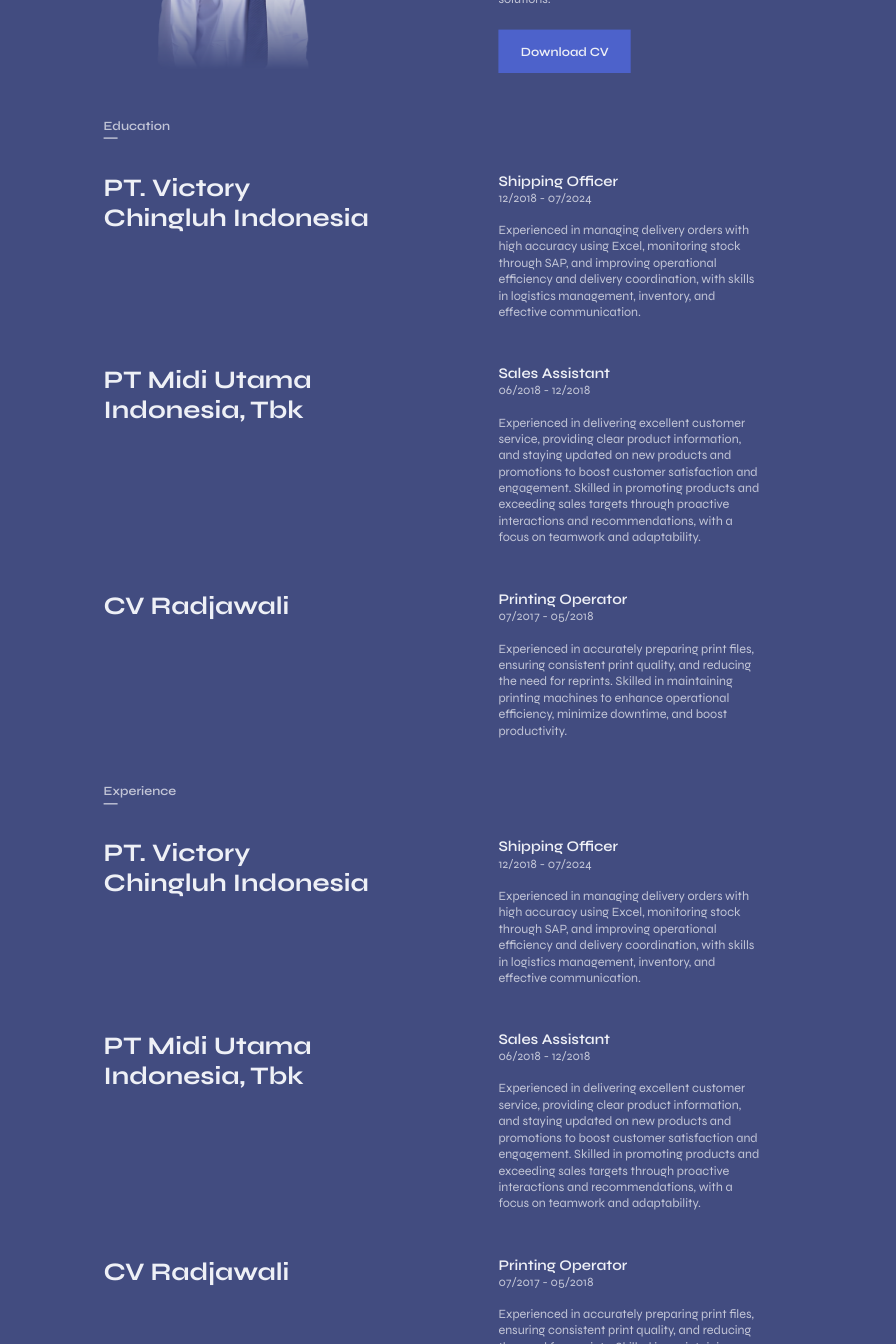
Repository: Ademaulana100499/amgrowth
Page: /
An editor plug-in stored every save of this project. The page is shown before and after the next save, followed by the edit.
The browser window is 1280 px wide. The pictures show the part of the page from y = 3196 to 5116 px (the page is 7287 px tall before and 7129 px after), at 70% of full size.
Some web fonts or font styles are not loaded; a fallback is used. The project was rebuilt for these pictures with package versions that can differ from the ones it lists, and the page was loaded fresh each time. Also part of the build but not shown: vite.config.js.

Above is the page before, as saved 2025-02-19 14:57:22.

### index.html
<!doctype html>
<html lang="en">
  <head>
    <meta charset="UTF-8" />
    <meta name="viewport" content="width=device-width, initial-scale=1.0" />
    <title>AMgrowth</title>
    <link rel="shortcut icon" href="/assets/img/Favicon.png" />
    <link
      href="https://cdn.jsdelivr.net/npm/remixicon/fonts/remixicon.css"
      rel="stylesheet"
    />

    <link
      rel="stylesheet"
      href="https://fonts.googleapis.com/css2?family=Kite+One&family=Oooh+Baby&family=Orelega+One&family=Poppins:ital,wght@0,100;0,200;0,300;0,400;0,500;0,600;0,700;0,800;0,900;1,100;1,200;1,300;1,400;1,500;1,600;1,700;1,800;1,900&family=Syne:wght@400..800&display=swap"
    />
  </head>
    <div id="root"></div>
    <script type="module" src="/src/main.jsx"></script>
    <script src="https://cdn.jsdelivr.net/npm/@emailjs/browser@4/dist/email.min.js"></script>
    <script src="https://unpkg.com/scrollreveal"></script>
  </body>
</html>

### src/components/Home/index.jsx
import "./style.css";
export const Home = (props) => {
  const { imageHome, biodata } = props;
  return (
    <section className="home section" id="home">
      <div className="container grid home__container">
        <img
          id="image_home"
          src={imageHome}
          alt="image"
          className="home__img"
        />
        <div className="home__data">
          <h1 className="home__name">
            {biodata.firstName} <br /> {biodata.lastName}
          </h1>
          <h3 className="home__profession">{biodata.profession}</h3>
        </div>
        <a href="#projects" className="home__scroll">
          <div className="home__scroll-box">
            <i className="ri-arrow-down-line"></i>
          </div>
          <span className="home__scroll-text">Recent Project</span>
        </a>
      </div>
    </section>
  );
};

### src/components/Projects/index.jsx
import "./style.css";
export const Projects = (props) => {
  const { projects } = props;
  return (
    <section className="projects section" id="projects">
      <h2 className="section__title">RECENT PROJECT</h2>
      <div className="grid container projects__container">
        {projects.map((item) => (
          <article className="project__card" key={item.id}>
            <a
              href={item.link}
              target="_blank"
              className="project__overlay"
            ></a>
            <a href={item.link} target="_blank" className="project__link">
              <h2 className="project__title">{item.title}</h2>
              <p className="project__description">{item.description}</p>
              <img src={item.image} alt="image" className="project__img" />
              <i className="ri-arrow-right-line"> </i>
            </a>
          </article>
        ))}
      </div>
    </section>
  );
};

### src/components/Info/index.jsx
import "./style.css";
export const Info = (props) => {
  const { imageInfo, biodata, experience, skills } = props;
  return (
    <section className="info section" id="my info">
      <h2 className="section__title">MY INFO</h2>
      <div className="container grid info__container">
        <div className="grid about">
          <div className="about__content">
            <h3 className="info__title">About Me</h3>
            <p className="about__description">{biodata.description}</p>
            <a
              href={biodata.cv}
              target="_blank"
              className="button about__button">
              Download CV
            </a>
          </div>

          <img
            id="image_about"
            src={imageInfo}
            alt="image"
            className="about__img"
          />
        </div>
        <div className="experience">
          <h3 className="info__title">Education</h3>
          <div className="grid experience__content">
            {experience.map((item, index) => (
              <div key={index} className="grid experience__data">
                <h2 className="experience__company">{item.company}</h2>
                <div>
                  <h3 className="experience__professsion">{item.profession}</h3>
                  <span className="experience__date">{item.date}</span>
                  <p className="experience__description">{item.description}</p>
                </div>
              </div>
            ))}
          </div>
        </div>
        <div className="experience">
          <h3 className="info__title">Experience</h3>
          <div className="grid experience__content">
            {experience.map((item, index) => (
              <div key={index} className="grid experience__data">
                <h2 className="experience__company">{item.company}</h2>
                <div>
                  <h3 className="experience__professsion">{item.profession}</h3>
                  <span className="experience__date">{item.date}</span>
                  <p className="experience__description">{item.description}</p>
                </div>
              </div>
            ))}
          </div>
        </div>
        <div className="skills">
          <h3 className="info__title">Skills</h3>
          <div className="grid skills__content">
            {skills.map((item, index) => (
              <div key={index} className="skills__box">
                <img src={item.image} alt="image" className="skills__img" />
                <span className="skills__name">{item.skill}</span>
              </div>
            ))}
          </div>
        </div>
      </div>
    </section>
  );
};

### src/components/Services/index.jsx
import "./style.css";
export const Services = (props) => {
  const { services } = props;
  return (
    <section className="services section" id="services">
      <h2 className="section__title">SERVICES</h2>
      <div className="container grid services__container">
        {services.map((item) => (
          <article className="services__card" key={item.id}>
            <i className={`services__icon ${item.icon}`}></i>
            <h3 className="services__title">{item.title}</h3>
            <p className="services__description">{item.description}</p>
          </article>
        ))}
      </div>
    </section>
  );
};

### src/components/Contact/index.jsx
import "./style.css";
import React, { useState } from "react";

export const Contact = (props) => {
  const { socialMedia } = props;
  const [messageStatus, setMessageStatus] = useState("");

  const sendEmail = (e) => {
    e.preventDefault();

    window.emailjs
      .sendForm(
        "service_sdhvkru",
        "template_eizoi7m",
        "#contact-form",
        "x-9QR59Q68dJyMtjv"
      )
      .then(
        () => {
          setMessageStatus("Message sent successfully ✅");
          setTimeout(() => {
            setMessageStatus("");
          }, 5000);
          e.target.reset();
        },
        () => {
          setMessageStatus("Message not sent (services error) ❌");
        }
      );
  };
  return (
    <section className="contact section " id="contact me">
      <h2 className="section__title">CONTACT ME</h2>
      <div className="container grid contact__container">
        <form
          action=""
          className="grid contact__form"
          id="contact-form"
          onSubmit={sendEmail}
        >
          <div className="grid contact__group">
            <input
              type="text"
              name="user_name"
              placeholder="Names"
              className="contact__input"
            />
            <input
              type="email"
              name="user_email"
              placeholder="Email"
              className="contact__input"
            />
          </div>
          <textarea
            name="user_message"
            placeholder="Message"
            required
            className="contact__input contact__area"
            id=""
          ></textarea>
          <button className="button contact__button">Send Message</button>
          <p className="contact__message">{messageStatus}</p>
        </form>

        <div className="grid contact__social">
          {socialMedia.map((item) => (
            <a
              href={item.link}
              target="_blank"
              className="contact__social-link"
              key={item.id}
            >
              <i className={item.icon}></i>
              <span>{item.name}</span>
            </a>
          ))}
        </div>
      </div>
    </section>
  );
};

### src/components/Footer/index.jsx
import "./style.css";
export const Footer = (props) => {
  const { navList, footerCopy } = props;
  return (
    <footer className="footer" id="footer">
      <div className="container grid footer__container">
        <ul className="footer__links">
          <li>
            <a href="#home" className="footer__link">
              {navList[0]}
            </a>
          </li>
          <li>
            <a href="#projects" className="footer__link">
              {navList[1]}
            </a>
          </li>
          <li>
            <a href="#my info" className="footer__link">
              {navList[2]}
            </a>
          </li>
        </ul>
        <span className="footer__copy">{footerCopy}</span>
      </div>
    </footer>
  );
};

### src/components/Scroll/index.jsx
import React, { useEffect } from "react";
import "./style.css";

export const Scroll = () => {
  useEffect(() => {
    const scrollUp = () => {
      const scrollUp = document.getElementById("scroll-up");
      if (window.scrollY >= 350) {
        scrollUp.classList.add("show-scroll");
      } else {
        scrollUp.classList.remove("show-scroll");
      }
    };
    window.addEventListener("scroll", scrollUp);
    return () => {
      window.removeEventListener("scroll", scrollUp);
    };
  }, []);

  return (
    <a href="#" className="scrollup" id="scroll-up">
      <i className="ri-arrow-up-line"></i>
    </a>
  );
};

### src/components/Reveal/index.jsx
import React, { useEffect } from "react";

export const Reveal = () => {
  useEffect(() => {
    const sr = ScrollReveal({
      origin: "top",
      distance: "60px",
      duration: 2500,
      delay: 400,
    });

    sr.reveal(".home__data, .experience, .skills, .contact__container");
    sr.reveal(".home__img", { delay: 500 });
    sr.reveal(".home__scroll", { delay: 700 });
    sr.reveal(".project__card, .services__card", { interval: 100 });
    sr.reveal(".about__content", { origin: "right" });
    sr.reveal(".about__img", { origin: "left" });

    return () => {
      sr.destroy();
    };
  }, []);
  return <div></div>;
};

### src/components/Theme/index.jsx
import React, { useState, useEffect } from "react";
import "./style.css";

const Theme = ({ logo, setLogoSrc }) => {
  const [isLightMode, setIsLightMode] = useState(false);

  useEffect(() => {
    const savedTheme = localStorage.getItem("lightmode");
    if (savedTheme === "active") {
      setIsLightMode(true);
    } else {
      setIsLightMode(false);
    }
  }, []);

  useEffect(() => {
    if (isLightMode) {
      document.body.classList.add("lightmode");
      localStorage.setItem("lightmode", "active");
      setLogoSrc(logo.imageBlack);
    } else {
      document.body.classList.remove("lightmode");
      localStorage.setItem("lightmode", null);
      setLogoSrc(logo.imageWhite);
    }
  }, [isLightMode, logo.imageBlack, logo.imageWhite, setLogoSrc]);

  const toggleTheme = () => {
    setIsLightMode((prevMode) => !prevMode);
  };

  return (
    <button
      id="theme-switch"
      className="theme-switch"
      onClick={toggleTheme}
      style={{ cursor: "pointer" }}
    >
      {isLightMode ? (
        <i className="ri-moon-line"></i>
      ) : (
        <i className="ri-sun-line"></i>
      )}
    </button>
  );
};

export default Theme;

### src/components/Home/style.css
/* HOME */
.home__container {
  row-gap: 2rem;
  padding-top: 1rem;
}

.home__img {
  width: 350px;
  justify-self: center;
  mask-image: linear-gradient(
    to bottom,
    hsla(var(--hue), 40%, 16%) 60%,
    transparent 100%
  );
}
.home__name {
  font-size: var(--biggest-font-size);
  font-weight: var(--font-bold);
  word-break: break-word;
  margin-bottom: 1rem;
}
.home__profession {
  position: relative;
  font-size: var(--big-font-size);
  color: var(--text-color);
}
.home__profession::after {
  content: "";
  position: absolute;
  left: 0;
  bottom: -0.5rem;
  width: 25%;
  height: 3px;
  background-color: var(--text-color);
}
.home__scroll {
  color: var(--title-color);
  display: inline-flex;
  align-items: center;
  column-gap: 0.5rem;
  justify-self: center;
  margin-top: 3rem;
}
.home__scroll-box {
  background-color: var(--first-color);
  width: 32px;
  height: 32px;
  display: grid;
  place-items: center;
  font-size: 1.5rem;
  overflow: hidden;
}

.home__scroll-text {
  font-weight: var(--font-semi-bold);
}
.home__scroll-box i {
  animation: scroll-down 3s infinite;
}
/* animation scroll icon */
@keyframes scroll-down {
  0% {
    transform: translateY(-1rem);
    opacity: 0;
  }
  50% {
    transform: translateY(0);
    opacity: 1;
  }
  100% {
    transform: translateY(0.6rem);
    opacity: 0;
  }
}

/* BREAKPOINTS */

/* For small devices */
@media screen and (max-width: 300px) {
  .container {
    margin-inline: 1rem;
  }
  .skills__content {
    grid-template-columns: repeat(2, max-content);
  }
}

/* For medium devices */
@media screen and (min-width: 540px) {
  .home__container {
    grid-template-columns: 350px;
    justify-content: center;
  }
}

@media screen and (min-width: 768px) {
  .home__container {
    grid-template-columns: repeat(2, 350px);
  }
  .home__data {
    align-self: flex-end;
    padding-bottom: 3rem;
    order: -1;
  }
  .home__scroll {
    grid-column: 1/3;
  }
}

/* for large devices */
@media screen and (min-width: 1150px) {
  .container {
    margin-inline: auto;
  }
  .section {
    padding-block: 7rem 5rem;
  }
  .home__container {
    grid-template-columns: 470px 350px;
    gap: 3rem 16rem;
  }
  .home__img {
    width: 350px;
  }
  .home__name {
    margin-bottom: 1.5rem;
  }
  .home__profession::after {
    bottom: -1rem;
    width: 35%;
  }
}

### src/components/Projects/style.css
/* Projects */
.projects {
  background-color: var(--container-color);
}
.project__card {
  background-color: var(--first-color);
}
.project__img {
  width: 100%;
}
.project__link {
  display: block;
  position: relative;
  background-color: var(--body-color);
  padding: 2rem 1.5rem 1.5rem 1.5rem;
  color: var(--text-color);
  transition: transform 0.4s;
}
.project__title {
  font-size: var(--h3-font-size);
  margin-bottom: 0.75rem;
}

.project__description {
  margin-bottom: 1.5rem;
}
.project__link i {
  position: absolute;
  top: 1.8rem;
  right: 1.5rem;
  font-size: 1.5rem;
  color: var(--first-color-light);
  transition: transform 0.4s;
}
.project__link:hover {
  transform: translateY(-0.35rem);
}

.project__link:hover i {
  transform: translateX(0.5rem);
}

/* BREAKPOINTS */

/* For medium devices */
@media screen and (min-width: 540px) {
  .projects__container {
    grid-template-columns: 350px;
    justify-content: center;
  }
}

@media screen and (min-width: 768px) {
  .projects__container {
    grid-template-columns: repeat(2, 390px);
  }
}

/* for large devices */
@media screen and (min-width: 1150px) {
  .section__title {
    margin-bottom: 4rem;
  }
  .projects__container {
    grid-template-columns: repeat(2, 540px);
    gap: 2.5rem;
  }
  .project__link {
    padding: 3rem 3rem 2rem;
  }
  .project__title {
    font-size: var(--h2-font-size);
    margin-bottom: 1rem;
  }
  .project__link i {
    font-size: 2rem;
  }
}

### src/components/Services/style.css
/* SERVICES */
.services {
  background-color: var(--container-color);
}
.services__container {
  row-gap: 2rem;
}

.services__icon {
  display: block;
  color: var(--first-color-light);
  font-size: 2rem;
  margin-bottom: 1dvb;
}

.services__title {
  font-size: var(--h3-font-size);
  margin-bottom: 0.75rem;
}

/* BREAKPOINTS */

/* For small devices */
@media screen and (max-width: 300px) {
  .container {
    margin-inline: 1rem;
  }
}

/* For medium devices */
@media screen and (min-width: 540px) {
  .services__container {
    grid-template-columns: 350px;
    justify-content: center;
  }
}

@media screen and (min-width: 768px) {
  .services__container {
    grid-template-columns: repeat(2, 320px);
  }
}

/* for large devices */
@media screen and (min-width: 1150px) {
  .container {
    margin-inline: auto;
  }
  .section {
    padding-block: 7rem 5rem;
  }
  .section__title {
    margin-bottom: 4rem;
  }

  .services__container {
    grid-template-columns: repeat(2, 350px);
    gap: 6rem 13rem;
  }
  .services__icon {
    font-size: 2.5rem;
    margin-bottom: 1.5rem;
  }
}

### src/components/Contact/style.css
/* CONTACT */
.contact__container {
  row-gap: 4rem;
}

.contact__group,
.contact__form {
  gap: 1rem;
}

.contact__form {
  position: relative;
}

.contact__input {
  padding: 1.25rem;
  background-color: var(--container-color);
  color: var(--title-color);
  font-weight: var(--font-semi-bold);
}
.contact__input::placeholder {
  color: var(--text-color-light);
}
.contact__area {
  height: 10rem;
  resize: none;
}
.contact__button {
  margin-top: 1rem;
  cursor: pointer;
}
.contact__social {
  grid-template-columns: repeat(2, max-content);
  justify-content: center;
  column-gap: 3rem;
}

.contact__social-link {
  color: var(--title-color);
  display: inline-flex;
  column-gap: 0.25rem;
  align-items: center;
  transition: color 0.4s;
}
.contact__social-link i {
  font-size: 1.5rem;
}
.contact__social-link span {
  font-size: var(--small-font-size);
  font-weight: var(--font-semi-bold);
}
.contact__social-link:hover {
  color: var(--first-color-light);
}

.contact__message {
  position: absolute;
  left: 0;
  bottom: -2rem;
  font-size: var(--small-font-size);
  font-weight: var(--font-semi-bold);
  color: var(--title-color);
}

/* BREAKPOINTS */

/* For small devices */
@media screen and (max-width: 300px) {
  .container {
    margin-inline: 1rem;
  }
}

/* For medium devices */
@media screen and (min-width: 540px) {
  .contact__container {
    grid-template-columns: 350px;
    justify-content: center;
  }
  .contact__social {
    grid-template-columns: repeat(3, max-content);
    column-gap: 5rem;
  }
}

/* for large devices */
@media screen and (min-width: 1150px) {
  .container {
    margin-inline: auto;
  }
  .section {
    padding-block: 7rem 5rem;
  }
  .section__title {
    margin-bottom: 4rem;
  }

  .contact__container {
    grid-template-columns: 580px;
  }
  .contact__group {
    grid-template-columns: repeat(2, 1fr);
  }
  .contact__area {
    height: 15rem;
  }
  .contact__button {
    width: max-content;
    justify-self: center;
    margin-top: 1.5rem;
  }
  .contact__message {
    bottom: 4.5rem;
  }
  .contact__social {
    grid-template-columns: repeat(3, max-content);
    column-gap: 5rem;
  }
}

### src/components/Footer/style.css
/* FOOTER */
.footer {
  background-color: var(--container-color);
}

.footer__container {
  row-gap: 3rem;
  padding-block: 3rem 2rem;
}

.footer__links {
  display: flex;
  justify-content: center;
  column-gap: 2.5rem;
}
.footer__link {
  font-weight: var(--font-semi-bold);
  color: var(--title-color);
  transition: color 0.4s;
}
.footer__link:hover {
  color: var(--first-color-light);
}
.footer__copy {
  font-size: var(--small-font-size);
  color: var(--title-color);
  text-align: center;
}

/* BREAKPOINTS */

/* For small devices */
@media screen and (max-width: 300px) {
  .container {
    margin-inline: 1rem;
  }
}

/* for large devices */
@media screen and (min-width: 1150px) {
  .container {
    margin-inline: auto;
  }
  .section {
    padding-block: 7rem 5rem;
  }

  .footer__container {
    padding-block: 3rem;
    grid-template-columns: repeat(2, max-content);
    justify-content: space-between;
  }
  .footer__links {
    column-gap: 4rem;
    order: 1;
  }
  .scrollup {
    right: 3rem;
  }
}

### src/components/Scroll/style.css
/* SCROLL BAR */
::-webkit-scrollbar {
  width: 0.6rem;
  background-color: hsl(var(--hue), 20%, 20%);
}
::-webkit-scrollbar-thumb {
  background-color: hsl(var(--hue), 20%, 30%);
}
::-webkit-scrollbar-thumb:hover {
  background-color: hsl(var(--hue), 20%, 40%);
}

/* SCROLL UP */
.scrollup {
  position: fixed;
  right: 1rem;
  bottom: -50%;
  background-color: var(--container-color);
  padding: 6px;
  color: var(--title-color);
  display: inline-flex;
  font-size: 1.25rem;
  box-shadow: 0 4px 12px hsla(var(--hue), 30%, 8%, 0.3);
  z-index: var(--z-tooltip);
  transition: bottom 0.4s, transform 0.4s;
}
.scrollup:hover {
  transform: translateY(-0.5rem);
}

/* SHOW SCROLL */
.show-scroll {
  bottom: 3rem;
}

/* BREAKPOINTS */

@media screen and (min-width: 1150px) {
  .scrollup {
    right: 3rem;
  }
}

### src/components/Theme/style.css
#theme-switch {
  height: 30px;
  width: 30px;
  border-radius: 50%;
  background-color: var(--first-color-light);
  display: flex;
  justify-content: center;
  align-items: center;
}
#theme-switch:hover {
  cursor: pointer;
}
#theme-switch i {
  fill: var(--body-color);
  color: var(--text-color);
}

Loaded but not shown: src/main.jsx (common file); src/App.jsx (224 lines, source omitted); src/components/Header/style.css (313 lines, source omitted); src/components/Info/style.css (186 lines, source omitted); src/index.css (154 lines, source omitted); src/components/Header/index.jsx (90 lines, source omitted)

After the next save:
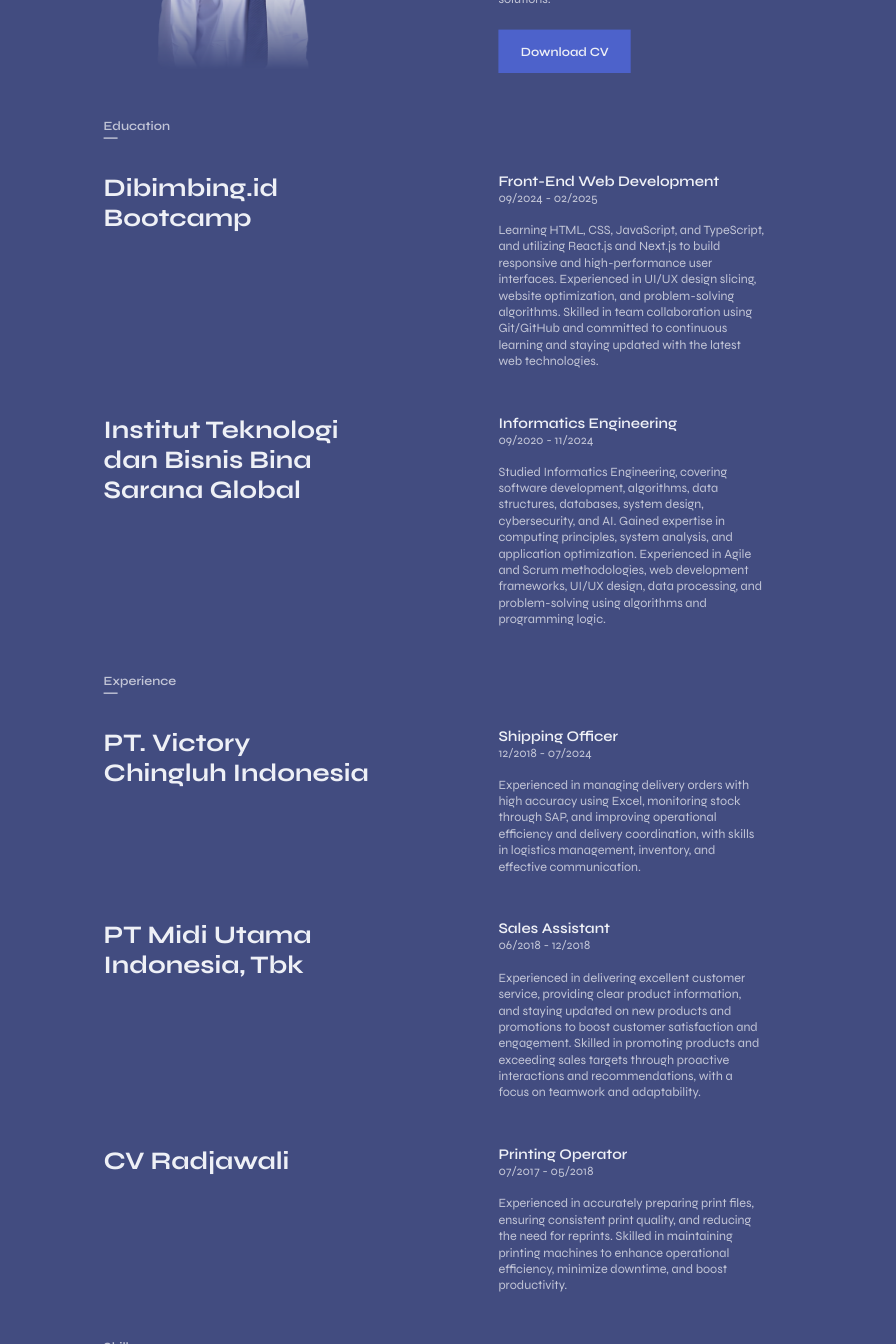
Saved 2 min 51 s later.
--- a/src/components/Info/index.jsx
+++ b/src/components/Info/index.jsx
@@ -1,6 +1,6 @@
 import "./style.css";
 export const Info = (props) => {
-  const { imageInfo, biodata, experience, skills } = props;
+  const { imageInfo, biodata, experience, skills, education } = props;
   return (
     <section className="info section" id="my info">
       <h2 className="section__title">MY INFO</h2>
@@ -27,11 +27,11 @@
         <div className="experience">
           <h3 className="info__title">Education</h3>
           <div className="grid experience__content">
-            {experience.map((item, index) => (
+            {education.map((item, index) => (
               <div key={index} className="grid experience__data">
-                <h2 className="experience__company">{item.company}</h2>
+                <h2 className="experience__company">{item.university}</h2>
                 <div>
-                  <h3 className="experience__professsion">{item.profession}</h3>
+                  <h3 className="experience__professsion">{item.major}</h3>
                   <span className="experience__date">{item.date}</span>
                   <p className="experience__description">{item.description}</p>
                 </div>
